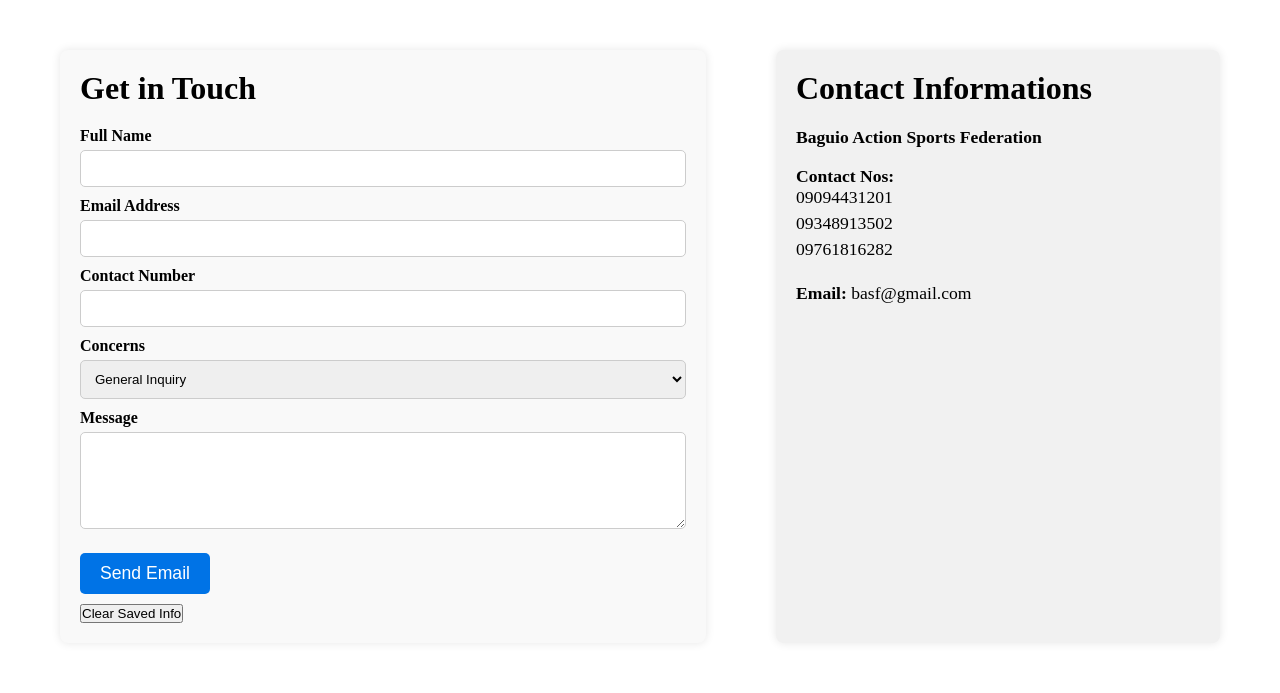
Repository: KharonKade/Capstone
Page: contactUs.html
The author's editor kept a copy of each file at every save. The page is drawn from the files as they stood at one save, then again after the next save.
The browser window is 1280 px wide. The pictures show the part of the page from y = 300 to 993 px (the page is 1561 px tall before and 1578 px after).
A picture or video elsewhere on the page could not be fetched, so the positions and the page height are approximate.

Above is the page before, as saved 2025-02-28 08:55:04.

### contactUs.html
<!DOCTYPE html>
<html lang="en">
<head>
    <meta charset="UTF-8">
    <meta name="viewport" content="width=device-width, initial-scale=1.0">
    <title>Contact Us Page</title>
    <link rel="stylesheet" href="Css/contactUs.css">
</head>
<body>
    <header>
        <nav class="navbar">
            <img src="images/logo.png" alt="BASF Logo" class="logo">
            <div class="nav-center">
                <ul class="nav-links">
                    <li><a href="index.php">Home</a></li>
                    <li><a href="spots.html">Spots</a></li>
                    <li><a href="event.php">Events</a></li>
                    <li><a href="gallery.html">Gallery</a></li>
                    <li><a href="sponsorship.html">Sponsorship</a></li>
                    <li><a href="contactUs.html">Contact Us</a></li>
                </ul>
            </div>
        </nav>
    </header>

    <section class="event-hero">
        <div class="event-hero-content">
            <h1>Contact Us</h1>
            <h2>Questions & Inqueries</h2>
        </div>
    </section>

    <section class="contact-container">
        <!-- Left Side: Contact Form -->
        <div class="contact-form">
            <h3>Get in Touch</h3>
            <form action="sendEmail.php" method="post">
                <label for="fullName">Full Name</label>
                <input type="text" id="fullName" name="fullName" required>

                <label for="email">Email Address</label>
                <input type="email" id="email" name="email" required>

                <label for="contactNumber">Contact Number</label>
                <input type="tel" id="contactNumber" name="contactNumber" required>

                <label for="concerns">Concerns</label>
                <select id="concerns" name="concerns" required>
                    <option value="General Inquiry">General Inquiry</option>
                    <option value="Event Inquiry">Event Inquiry</option>
                    <option value="Sponsorship Inquiry">Sponsorship Inquiry</option>
                    <option value="Feedback">Feedback</option>
                </select>

                <label for="message">Message</label>
                <textarea id="message" name="message" rows="5" required></textarea>

                <button type="submit" class="send-email-button">Send Email</button>
            </form>
        </div>

        <!-- Right Side: Contact Details -->
        <div class="contact-details">
            <h3>Contact Informations</h3>
            <p><strong> Baguio Action Sports Federation</strong></p>
            <br>
            <p><strong>Contact Nos:</strong></p>
            <ul>
                <li>09094431201</li>
                <li>09348913502</li>
                <li>09761816282</li>
            </ul>
            <br>
            <p><strong>Email:</strong> basf@gmail.com</p>
        </div>
    </section>

    <div class="advertisement">
        <a href="https://www.vans.com/en-us/shoes-c00081/old-skool-shoe-pvn000d3hy28" target="_blank">
            <div class="ad-container">
                <img src="images/vansads.png" alt="Advertisement">
                <span class="ad-label">Ads</span>
            </div>
        </a>
    </div>

    <footer class="footer">
        <!-- BASF Logo Section -->
        <div class="footer-section logo-section">
            <img src="images/logo.png" alt="BASF Logo" class="footer-logo">
        </div>

        <!-- Explore Us Section -->
        <div class="footer-section explore-section">
            <h3>Explore Us</h3>
            <ul>
                <li><a href="index.html">Home</a></li>
                <li><a href="skateboard.html">Skateboarding</a></li>
                <li><a href="inline.html">In-Line</a></li>
                <li><a href="bmx.html">BMX</a></li>
                <li><a href="spots.html">Spots</a></li>
                <li><a href="event.html">Events</a></li>
                <li><a href="gallery.html">Gallery</a></li>
                <li><a href="sponsorship.html">Sponsorship</a></li>
                <li><a href="contactUs.html">Contact Us</a></li>
            </ul>
        </div>

        <!-- Contact Us Section -->
        <div class="footer-section contact-section">
            <h3>Contact Us</h3>
            <ul>
                <li>09094431201</li>
                <li>09348913502</li>
                <li>09761816282</li>
                <li>basf@gmail.com</li>
            </ul>
        </div>

        <!-- Connect with Us Section -->
        <div class="footer-section social-section">
            <h3>Connect with us</h3>
            <div class="social-icons">
                <a href="https://facebook.com"><img src="images/fblogo.png" alt="Facebook"></a>
                <a href="https://instagram.com"><img src="images/iglogo.png" alt="Instagram"></a>
            </div>
        </div>

        <!-- Supported by Section -->
        <div class="footer-section supported-section">
            <h3>Supported by</h3>
            <img src="images/vanlogo.png" alt="Sponsor Logo" class="sponsor-logo">
        </div>
    </footer>
    <script>
        document.addEventListener("DOMContentLoaded", function () {
            // Select form elements
            const fullNameField = document.getElementById("fullName");
            const emailField = document.getElementById("email");
            const contactNumberField = document.getElementById("contactNumber");

            // Retrieve stored data when the page loads
            if (localStorage.getItem("fullName")) {
                fullNameField.value = localStorage.getItem("fullName");
            }
            if (localStorage.getItem("email")) {
                emailField.value = localStorage.getItem("email");
            }
            if (localStorage.getItem("contactNumber")) {
                contactNumberField.value = localStorage.getItem("contactNumber");
            }

            // Save input data to local storage when users type
            fullNameField.addEventListener("input", function () {
                localStorage.setItem("fullName", this.value);
            });

            emailField.addEventListener("input", function () {
                localStorage.setItem("email", this.value);
            });

            contactNumberField.addEventListener("input", function () {
                localStorage.setItem("contactNumber", this.value);
            });

            // Optional: Button to clear saved data
            const clearButton = document.createElement("button");
            clearButton.innerText = "Clear Saved Info";
            clearButton.style.marginTop = "10px";
            clearButton.type = "button"; // Prevent form submission
            document.querySelector(".contact-form").appendChild(clearButton);

            clearButton.addEventListener("click", function () {
                localStorage.removeItem("fullName");
                localStorage.removeItem("email");
                localStorage.removeItem("contactNumber");
                fullNameField.value = "";
                emailField.value = "";
                contactNumberField.value = "";
            });
        });
    </script>

</body>
</html>

### Css/contactUs.css
/* Reset Styles */
* {
    margin: 0;
    padding: 0;
    box-sizing: border-box;
}

/* Header Styling */
header {
    background-color: rgba(255, 255, 255, 0.6); /* White with low transparency */
    padding: 10px 20px;
    position: fixed;
    top: 0;
    width: 100%;
    z-index: 1000;
}

/* Navbar */
.navbar {
    display: flex;
    align-items: center;
    justify-content: center;
}

/* Logo */
.logo {
    height: 50px;
    margin-right: auto; /* Adjust the size based on your logo */
}

/* Navigation Links */
.nav-links {
    list-style: none;
    display: flex;
    gap: 80px;
    margin-top: 50px;
}

.nav-links a {
    text-decoration: none;
    color: #000; /* Adjust color as needed */
    font-weight: bold;
    font-size: larger;
}

.nav-center {
    display: flex;
    justify-content: center;
    flex-grow: 1;
}

.nav-links a:hover {
    color: #0073e6; /* Highlight color on hover */
}

.event-hero {
    background-image: url('../images/bg.png'); /* Add your background image here */
    background-size: cover;
    background-position: center;
    height: 300px; /* Adjusted height */
    display: flex;
    align-items: center;
    justify-content: center;
    position: relative;
    color: #fff;
}

.event-hero-content {
    text-align: center;
}

.event-hero h1 {
    font-size: 7rem;
    margin-top: 30px;
}

.event-hero h2 {
    font-size: 3rem;
    font-weight: 300;
}

/* Contact Container */
.contact-container {
    display: flex;
    max-width: 1200px;
    margin: 0 auto;
    padding: 50px 20px;
    gap: 70px;
}

/* Contact Form */
.contact-form {
    flex: 3;
    background-color: #f9f9f9;
    padding: 20px;
    border-radius: 8px;
    box-shadow: 0px 0px 10px rgba(0, 0, 0, 0.1);
}

.contact-form h3 {
    font-size: 2rem;
    margin-bottom: 20px;
}

.contact-form label {
    display: block;
    margin-top: 10px;
    font-weight: bold;
}

.contact-form input,
.contact-form select,
.contact-form textarea {
    width: 100%;
    padding: 10px;
    margin-top: 5px;
    border-radius: 5px;
    border: 1px solid #ccc;
}

.send-email-button {
    margin-top: 20px;
    padding: 10px 20px;
    font-size: 1.1rem;
    color: #fff;
    background-color: #0073e6;
    border: none;
    border-radius: 5px;
    cursor: pointer;
}

.send-email-button:hover {
    background-color: #005bb5;
}

.clear-button {
    background-color: #e74c3c; /* Red background */
    color: white; /* White text */
    border: none;
    padding: 10px 15px;
    font-size: 14px;
    font-weight: bold;
    border-radius: 5px;
    cursor: pointer;
    transition: background-color 0.3s ease, transform 0.2s ease;
    display: block; /* Ensure it takes full width if needed */
    width: fit-content;
}

/* Hover effect */
.clear-button:hover {
    background-color: #c0392b;
    transform: scale(1.05);
}

/* Active effect */
.clear-button:active {
    transform: scale(0.95);
}


/* Contact Details */
.contact-details {
    flex: 2;
    background-color: #f1f1f1;
    padding: 20px;
    border-radius: 8px;
    box-shadow: 0px 0px 10px rgba(0, 0, 0, 0.1);
}

.contact-details h3 {
    font-size: 2rem;
    margin-bottom: 20px;
}

.contact-details p, .contact-details ul {
    font-size: 1.1rem;
}

.contact-details ul {
    list-style-type: none;
    padding-left: 0;
}

.contact-details ul li {
    margin-bottom: 5px;
}

/* Advertisement Section */
.advertisement {
    text-align: center;
    padding: 20px 0;
}

.ad-container {
    position: relative;
    display: inline-block;
    width: 300px; /* Set the size of the ad image */
    height: auto;
}

.ad-container img {
    width: 100%;
    border-radius: 10px; /* Optional: rounded corners */
    display: block;
}

.ad-label {
    position: absolute;
    top: 8px;
    right: 8px;
    background-color: rgba(0, 0, 0, 0.7); /* Semi-transparent black background */
    color: white;
    padding: 2px 6px;
    font-size: 12px;
    border-radius: 3px;
    font-weight: bold;
    text-transform: uppercase;
}

/* Footer Styling */
.footer {
    display: flex;
    justify-content: space-around;
    padding: 20px;
    background-color: #333;
    color: #fff;
    flex-wrap: wrap; /* Ensures it wraps on smaller screens */
}

.footer-section {
    flex: 1;
    margin: 10px;
    text-align: center;
}

.footer-section h3 {
    font-size: 1.2em;
    margin-bottom: 10px;
    color: #f2f2f2;
}

.footer-section ul {
    list-style: none;
    padding: 0;
}

.footer-section li {
    margin: 5px 0;
}

.footer-section a {
    color: #ddd;
    text-decoration: none;
    transition: color 0.3s;
}

.footer-section a:hover {
    color: #fff;
}

.footer-logo {
    width: 200px;
    margin-top: 90px;
}

.social-icons img {
    width: 40px;
    height: 40px;
    margin: 0 5px;
}

.sponsor-logo {
    width: 100px;
    margin-top: 10px;
}

/* Responsive Footer */
@media (max-width: 768px) {
    .footer {
        flex-direction: column;
        text-align: center;
    }
}

After the next save:
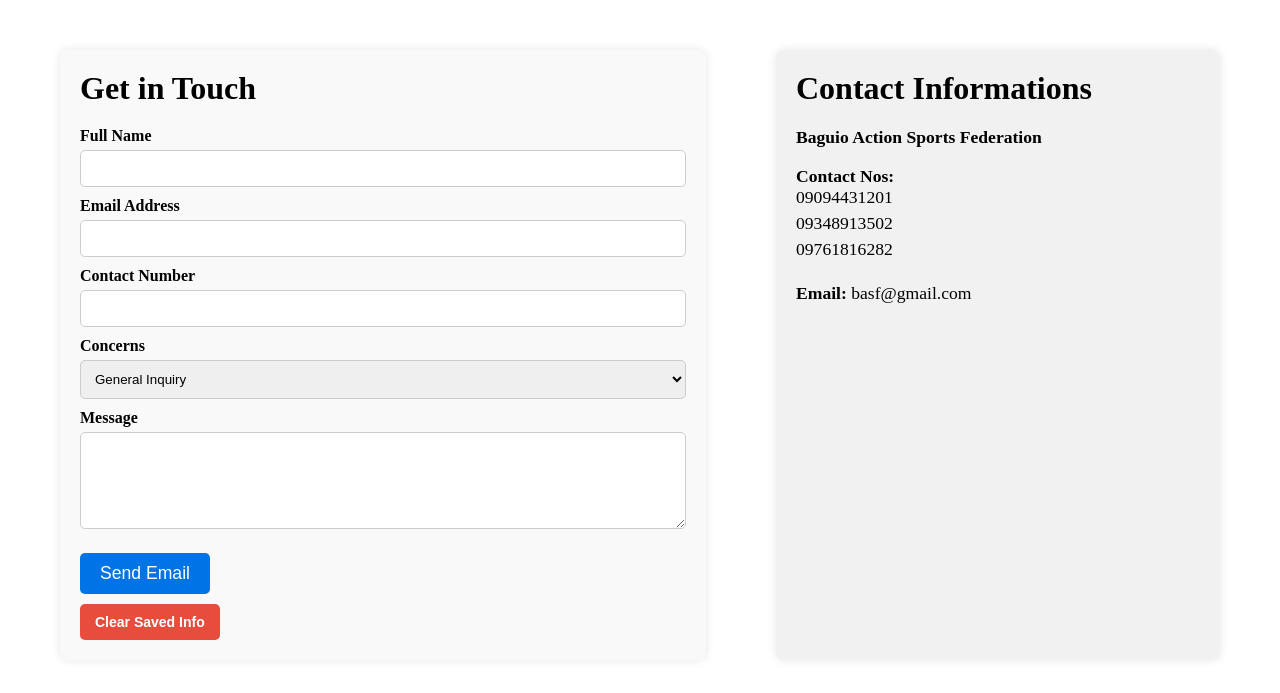
Saved 106 s later.
--- a/contactUs.html
+++ b/contactUs.html
@@ -164,10 +164,12 @@
             });
 
             // Optional: Button to clear saved data
+
             const clearButton = document.createElement("button");
             clearButton.innerText = "Clear Saved Info";
             clearButton.style.marginTop = "10px";
             clearButton.type = "button"; // Prevent form submission
+            clearButton.classList.add("clear-button")
             document.querySelector(".contact-form").appendChild(clearButton);
 
             clearButton.addEventListener("click", function () {
